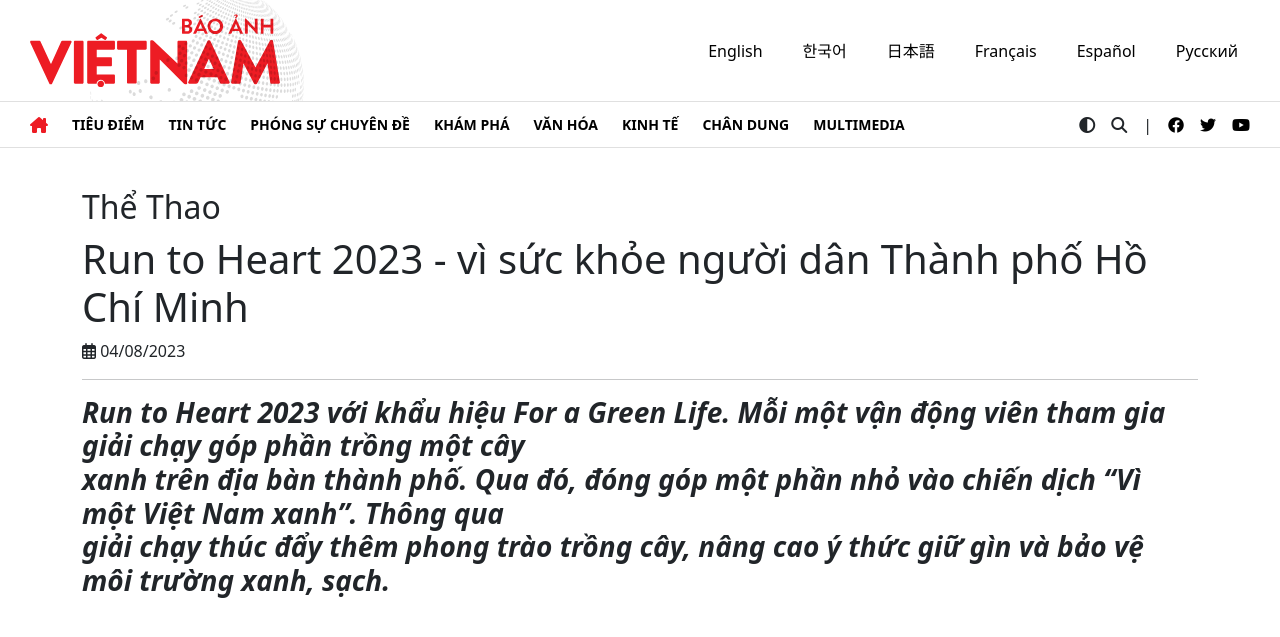
Repository: kietdotshp/webtintuc
Page: Detail.html
An editor plug-in stored every save of this project. The page is shown before and after a run of saves, followed by the edit.
The browser window is 1280 px wide. The pictures show the whole page.
Some web libraries are served in a nearby version.

Above is the page before, as saved 2023-08-10 16:12:46.

### Detail.html
<!DOCTYPE html>
<html lang="en">

<head>
    <title></title>
    <meta charset="UTF-8">
    <meta name="viewport" content="width=device-width, initial-scale=1">
    <link href="assets/css/detail.css" rel="stylesheet">
    <link href="https://cdn.jsdelivr.net/npm/bootstrap@5.3.1/dist/css/bootstrap.min.css" rel="stylesheet"
        integrity="sha384-4bw+/aepP/YC94hEpVNVgiZdgIC5+VKNBQNGCHeKRQN+PtmoHDEXuppvnDJzQIu9" crossorigin="anonymous">
    <link href="https://cdn.jsdelivr.net/npm/bootstrap@5.3.1/dist/css/bootstrap.min.css" rel="stylesheet"
        integrity="sha384-4bw+/aepP/YC94hEpVNVgiZdgIC5+VKNBQNGCHeKRQN+PtmoHDEXuppvnDJzQIu9" crossorigin="anonymous" />
    <script src="https://cdn.jsdelivr.net/npm/bootstrap@5.3.1/dist/js/bootstrap.bundle.min.js"></script>
    <script src="https://kit.fontawesome.com/a076d05399.js"></script>
    <link rel="stylesheet" href="https://cdnjs.cloudflare.com/ajax/libs/font-awesome/6.4.2/css/all.min.css"
        integrity="sha512-z3gLpd7yknf1YoNbCzqRKc4qyor8gaKU1qmn+CShxbuBusANI9QpRohGBreCFkKxLhei6S9CQXFEbbKuqLg0DA=="
        crossorigin="anonymous" referrerpolicy="no-referrer" />

        <link rel="stylesheet"href="https://cdnjs.cloudflare.com/ajax/libs/font-awesome/4.7.0/css/font-awesome.min.css"/>
</head>

<header>
    <div class="container-custom">
        <section class="d-flex align-items-center justify-content-between">
            <!-- Web logo -->
            <figure class="web-logo">
                <img src="./assets/images/logo-vi.svg" alt="Logo" class="img-contain" />
            </figure>

            <div class="d-none d-lg-flex align-items-center gap-3">
                <a href="javascript:void(0)" class="choose-lang">English</a>
                <a href="javascript:void(0)" class="choose-lang">한국어</a>
                <a href="javascript:void(0)" class="choose-lang">日本語</a>
                <a href="javascript:void(0)" class="choose-lang">Français</a>
                <a href="javascript:void(0)" class="choose-lang">Español</a>
                <a href="javascript:void(0)" class="choose-lang">Русский</a>
            </div>

            <a class="mobile-menu d-lg-none" href="javascript:void(0)">
                <i class="fa-solid fa-bars-staggered fs-2"></i>
            </a>
        </section>
    </div>

    <div class="line-seperate-horizontal"></div>

    <div class="container-custom">
        <section class="d-flex align-items-center justify-content-between py-3 py-lg-0">
            <div class="d-flex align-items-center gap-4 gap-xxl-5">
                <a href="javascript:void(0)">
                    <i class="fa-solid fa-house-chimney color-primary"></i>
                </a>

                <div class="d-none d-lg-flex align-items-center gap-4 gap-xxl-5">
                    <a href="javascript:void(0)" class="menu-item">Tiêu điểm</a>
                    <a href="javascript:void(0)" class="menu-item">Tin tức</a>
                    <a href="javascript:void(0)" class="menu-item">Phóng sự chuyên đề</a>
                    <a href="javascript:void(0)" class="menu-item">Khám phá</a>
                    <a href="javascript:void(0)" class="menu-item">Văn hóa</a>
                    <a href="javascript:void(0)" class="menu-item">Kinh tế</a>
                    <a href="javascript:void(0)" class="menu-item">Chân dung</a>
                    <a href="javascript:void(0)" class="menu-item">Multimedia</a>
                </div>
            </div>

            <div class="d-flex align-items-center gap-3">
                <div class="d-flex align-items-center gap-3">
                    <div class="cursor-pointer">
                        <i class="fa-solid fa-circle-half-stroke"></i>
                    </div>
                    <div class="cursor-pointer">
                        <i class="fa-solid fa-magnifying-glass"></i>
                    </div>
                </div>

                <div class="d-lg-none d-xl-block">|</div>

                <div class="d-lg-none d-xl-flex align-items-center gap-3">
                    <a href="javascript:void(0)">
                        <i class="fa-brands fa-facebook-f"></i>
                    </a>
                    <a href="javascript:void(0)">
                        <i class="fa-brands fa-twitter"></i>
                    </a>
                    <a href="javascript:void(0)">
                        <i class="fa-brands fa-youtube"></i>
                    </a>
                </div>
            </div>
        </section>
    </div>
</header>
<div class="line-seperate-horizontal"></div>

<body>
    <div class="container">
        <div class="detailmenu">
            <h2><link href="#" target="kiểu mở liên kết">Thể Thao</link> </h2>
            <h1>Run to Heart 2023 - vì sức khỏe người dân Thành phố Hồ Chí Minh</h1>
            <div class="timeline">
                <time>
                    <i class="fa-regular fa-calendar"></i>
                    04/08/2023
                </time>
            </div>
            <hr />
        </div>
        <div>
            <h3><div class="title">Run to Heart 2023 với khẩu hiệu For a Green Life.
                Mỗi một vận động viên tham gia giải chạy góp phần trồng một cây<br> xanh trên địa bàn thành phố.
                 Qua đó, đóng góp một phần nhỏ vào chiến dịch  “Vì một Việt Nam xanh”. Thông qua <br>giải chạy thúc đẩy thêm phong trào trồng cây, nâng cao ý thức giữ gìn và bảo vệ môi trường xanh, sạch.
                </div></h3>
        </div>
    </div>
</body>

</html>

### assets/css/detail.css
:root {
    --main-color: #333;
    --main-red-color: #ed1c24;
    --main-white-color: #fff;
    --main-blue-color-1: #b8dcf3;
    --main-blue-color-2: #467491;
    --main-grey-color-1: #666;
    --main-grey-color-2: #888;
    --main-grey-color-3: #f0f0f0;
    --main-border-color: #e0e0e0;
  }

  /* Common */
  .body {
    display: flex;
    flex-direction: column;
    min-height: 100vh;
    font-size: 16px;
    color: var(--main-color);
    font-family: 'Roboto-Regular', sans-serif;
  }

  .img-cover {
    width: 100%;
    height: 100%;
    object-fit: cover;
  }

  .img-contain {
    width: 100%;
    height: 100%;
    object-fit: contain;
  }

  img {
    max-width: 100%;
    max-height: 100%;
  }

  a {
    text-decoration: none !important;
    color: initial !important;
  }

  .color-primary {
    color: var(--main-red-color);
  }

  .cursor-pointer {
    cursor: pointer;
  }

  .container-custom {
    max-width: 1400px;
    padding-inline: 15px;
    margin: 0 auto;

    @media (min-width: 768px) {
      padding-inline: 30px;
    }
  }

  .text-line-clamp-2 {
    display: -webkit-box;
    -webkit-line-clamp: 2;
    -webkit-box-orient: vertical;
    overflow: hidden;
  }

  .text-line-clamp-3 {
    display: -webkit-box;
    -webkit-line-clamp: 3;
    -webkit-box-orient: vertical;
    overflow: hidden;
  }

  .image-padding-top {
    position: relative;
    padding-top: 56.25%;
  }

  /* Header css */
  .web-logo {
    position: relative;
    padding-block: 14px;
    margin-bottom: 0;
    width: 150px;

    @media (min-width: 992px) {
      width: 250px;
    }
  }

  .web-logo::after {
    content: '';
    background: url('../images/earth-digital.svg') no-repeat;
    width: 100%;
    height: 100%;
    opacity: 0.2;
    position: absolute;
    right: -60px;
    top: 0;
  }

  .choose-lang {
    border-radius: 9999px;
    padding: 6px 12px;
  }

  .choose-lang:hover {
    background-color: var(--main-border-color);
  }

  .line-seperate-horizontal {
    width: 100%;
    height: 1px;
    background-color: #e0e0e0;
  }

  .line-seperate-vertical {
    width: 1px;
    height: 100%;
    background-color: #e0e0e0;
    margin: 0 auto;
  }

  .menu-item {
    text-transform: uppercase;
    font-weight: 700;
    font-size: 14px;
    position: relative;
    padding-block: 12px;
    white-space: nowrap;
  }

  .menu-item::before {
    content: '';
    position: absolute;
    top: -1px;
    left: 50%;
    right: 50%;
    transform: translate(-50%, 0);
    width: 0;
    height: 2px;
    background: var(--main-red-color);
    transition: all 0.2s linear;
  }

  .menu-item:hover:before {
    width: 100%;
  }

  /* Carousel */
  .carousel-item {
    position: absolute !important;
    top: 0;
    left: 0;
    width: 100%;
    height: 100%;
  }

  .carousel-control-next,
  .carousel-control-prev {
    width: 10% !important;
  }

  .carousel-control-prev,
  .carousel-control-next {
    opacity: 0 !important;
  }

  .carousel:hover .carousel-control-prev,
  .carousel:hover .carousel-control-next {
    transition: all 0.3s linear;
    opacity: 1 !important;
  }

  /* Main */
  .content {
    border: 1px solid var(--main-border-color);
    padding: 20px;
  }

  .content-spacing {
    margin-block: 40px;
  }

  .content-title {
    display: inline-block;
    color: var(--main-red-color);
    line-height: 26px;
    font-size: 26px;
    font-weight: 600;
    margin-bottom: 20px;
  }

  .article-title {
    font-size: 22px;
    font-weight: 600;
  }

  .article-title.sub {
    font-size: 16px;
  }

  .article-category {
    text-transform: uppercase;
    font-size: 12px;
    color: var(--main-grey-color-2);
  }

  .content-ul-list {
    padding-left: 20px;
    margin-bottom: 0;
    max-height: 480px;
    overflow: auto;
  }

  .content-ul-list li::marker {
    color: var(--main-red-color);
  }

  /* Spacing */
  .mb-10px {
    margin-bottom: 10px;
  }

  .max-w-40px {
    max-width: 40px !important;
  }
  .h2{
    color: var(--main-red-color);
  }
  .detailmenu{
    margin-top: 40px;
  }
  .title{
    font-weight: 700;
    font-style:italic;
  }

After the next 2 saves:
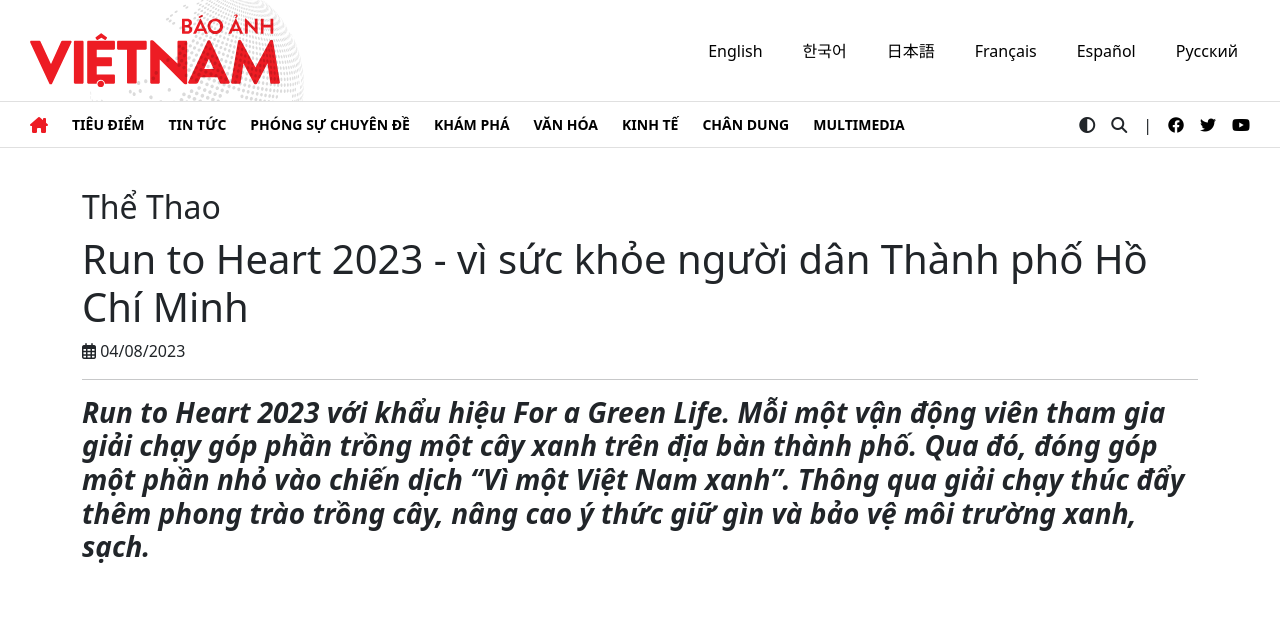
The 2 saves are shown as one change because they came seconds apart.
The last was saved 9 s later.
--- a/Detail.html
+++ b/Detail.html
@@ -107,8 +107,8 @@
         </div>
         <div>
             <h3><div class="title">Run to Heart 2023 với khẩu hiệu For a Green Life.
-                Mỗi một vận động viên tham gia giải chạy góp phần trồng một cây<br> xanh trên địa bàn thành phố.
-                 Qua đó, đóng góp một phần nhỏ vào chiến dịch  “Vì một Việt Nam xanh”. Thông qua <br>giải chạy thúc đẩy thêm phong trào trồng cây, nâng cao ý thức giữ gìn và bảo vệ môi trường xanh, sạch.
+                Mỗi một vận động viên tham gia giải chạy góp phần trồng một cây xanh trên địa bàn thành phố.
+                 Qua đó, đóng góp một phần nhỏ vào chiến dịch  “Vì một Việt Nam xanh”. Thông qua giải chạy thúc đẩy thêm phong trào trồng cây, nâng cao ý thức giữ gìn và bảo vệ môi trường xanh, sạch.
                 </div></h3>
         </div>
     </div>
